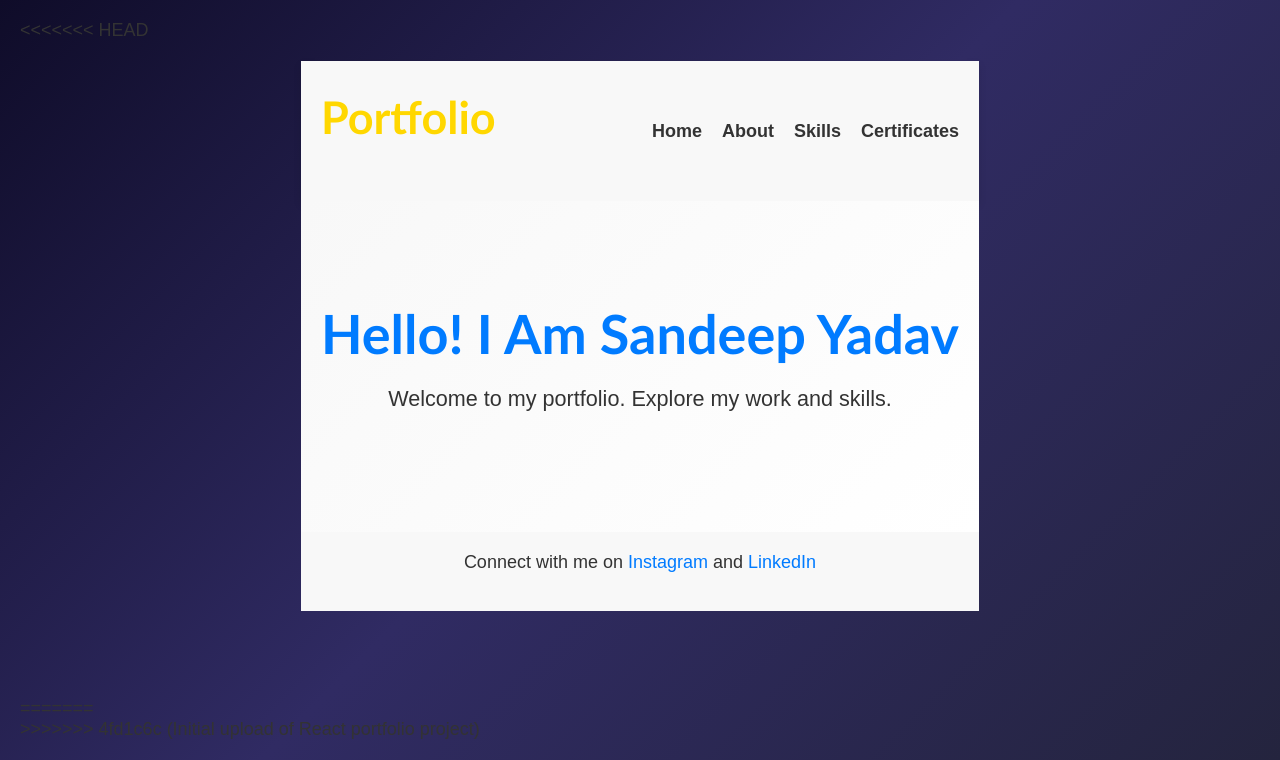
Repository: SandeepYadav18717/Sandeep_portfolio
Page: /
These files come from the project's save history. The page is drawn as it stood at one moment and after the next save; the edit follows.
The browser window is 1280 px wide. The pictures show the whole page.
The project was rebuilt for these pictures with package versions that can differ from the ones it lists, and the page was loaded fresh each time. Also part of the build but not shown: vite.config.js, src/index.css, src/App.css, src/Navbar/Navbar.jsx, src/Pages/Home.css, src/Pages/Index.jsx, src/Cards/Cards.jsx, src/Pages/Skills.jsx and 3 more.

Above is the page before, as saved 2025-08-30 07:24:49.
Console error: ReferenceError: useState is not defined

After the next save:
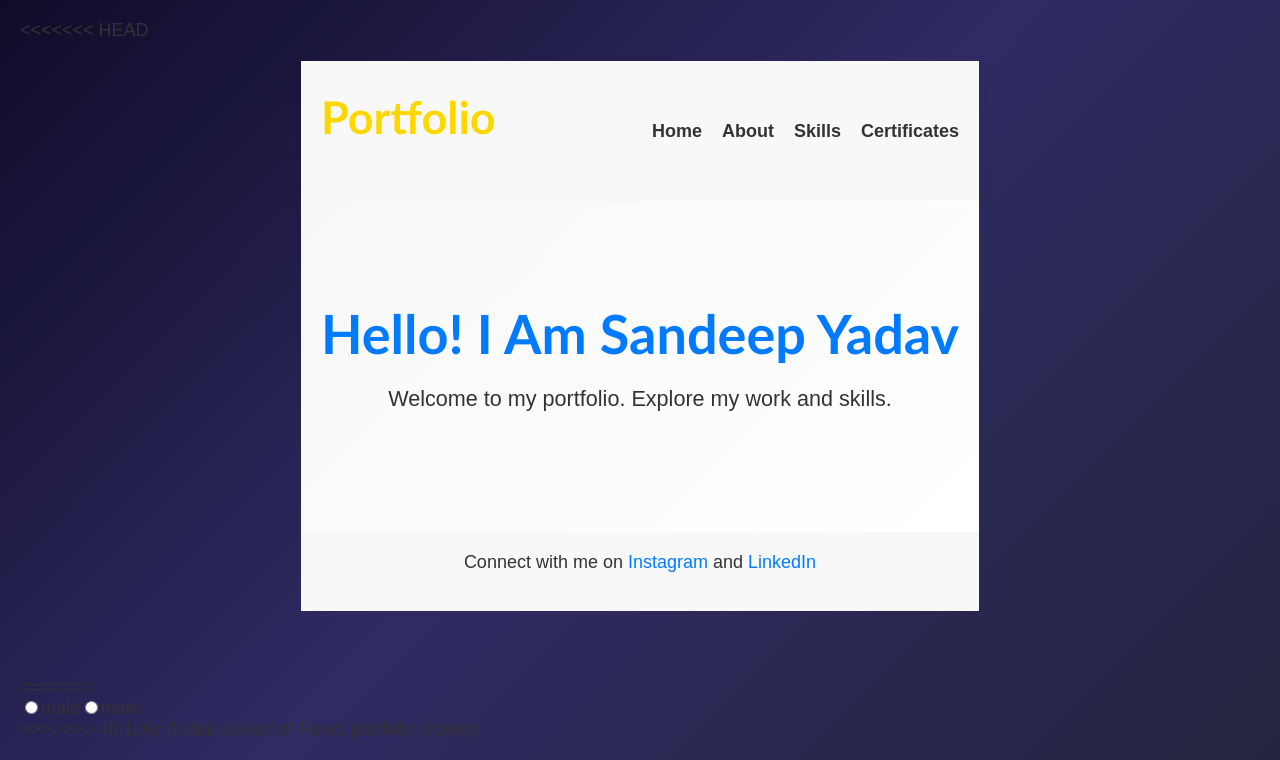
The error is gone.
Saved 36 s later.
--- a/src/Practice/Checkbox.jsx
+++ b/src/Practice/Checkbox.jsx
@@ -1,8 +1,5 @@
 function Checkbox(){
-    const[Php,setPhp]=useState();
-    function click(){
-      return(setPhp==php);
-    }
+
     return(
 
         <>
